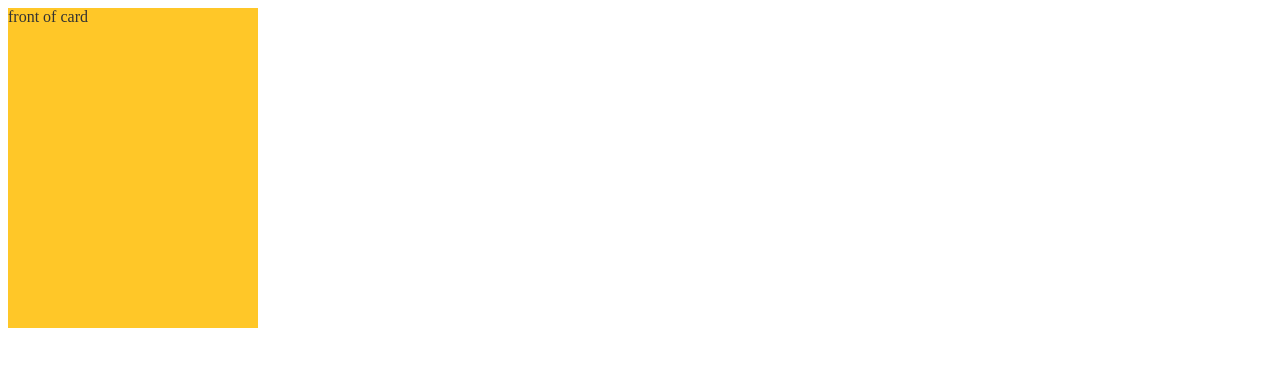
Repository: maixuanhieu/giftcard
Page: index.html
The author's editor kept a copy of each file at every save. The page is drawn from the files as they stood at one save, then again after a run of saves.
The browser window is 1280 px wide. The pictures show the whole page.
The style sheet was rebuilt from its Sass, Less or Tailwind sources for each picture, by a compiler version that may differ from the author's.

Above is the page before, as saved 2021-11-16 14:00:32.

After the next 6 saves:
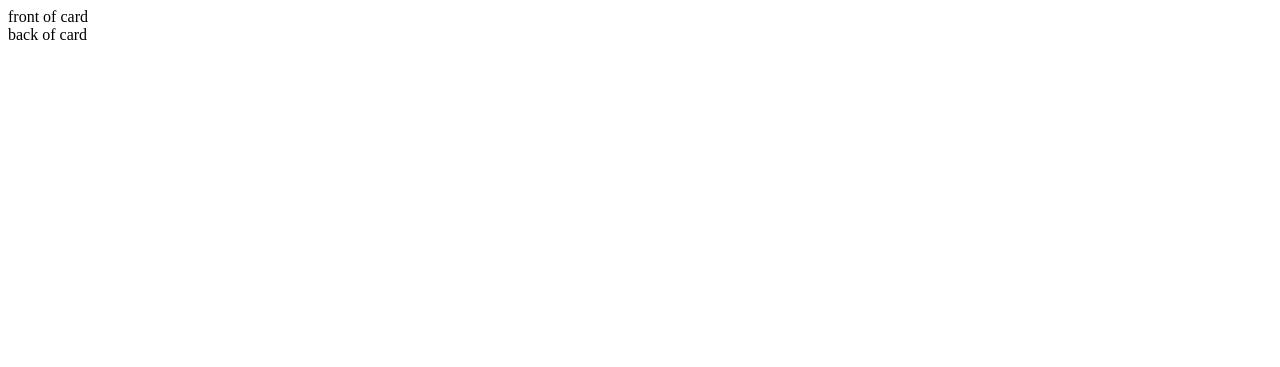
The 6 saves are shown as one change because they came seconds apart.
The last was saved 43 s later.
--- a/index.html
+++ b/index.html
@@ -6,7 +6,11 @@
     <meta http-equiv="X-UA-Compatible" content="IE=edge">
     <meta name="viewport" content="width=device-width, initial-scale=1.0">
     <title>CSS Flip Card</title>
-    <link rel="stylesheet" href="style.css">
+    <!-- <link rel="stylesheet" href="style.css"> -->
+
+    <style>
+
+    </style>
 </head>
 
 <body>

After the save that followed:
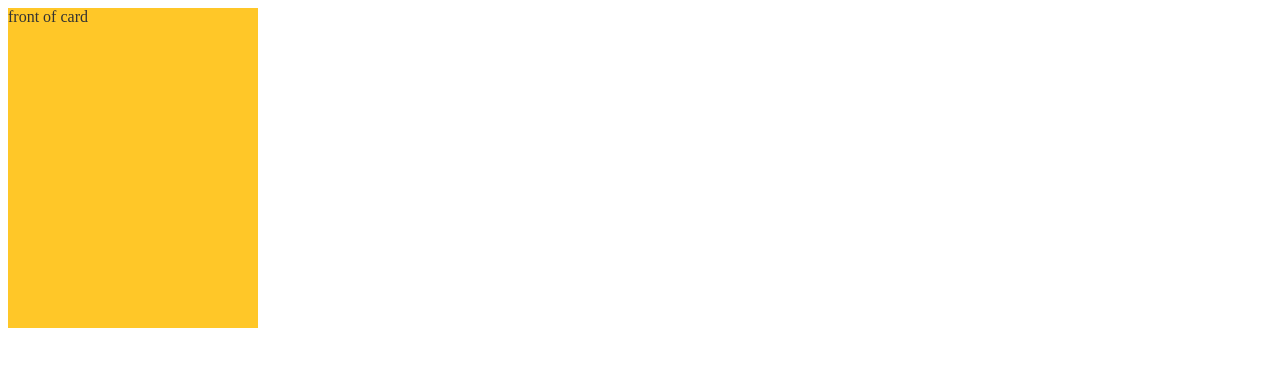
Saved 9 s later.
--- a/index.html
+++ b/index.html
@@ -9,7 +9,44 @@
     <!-- <link rel="stylesheet" href="style.css"> -->
 
     <style>
+        .maincontainer{
+    position: relative;
+    width: 250px;
+    height: 320px;
+    // background: green;
+}
 
+.thecard{
+    position: absolute;
+    width: 100%;
+    height: 100%;
+    transform-style: preserve-3d;
+    transition: all 0.5s ease;
+    // background: yellow;
+}
+
+.thecard:hover{
+    transform: rotateY(180deg);
+}
+
+.thefront{
+    position: absolute;
+    width: 100%;
+    height: 100%;
+    backface-visibility: hidden;
+    background: #ffc728;
+    color: #333;
+}
+
+.theback{
+    position: absolute;
+    width: 100%;
+    height: 100%;
+    backface-visibility: hidden;
+    background: #fafafa;
+    color: #333;
+    transform: rotateY(180deg);
+}
     </style>
 </head>
 
